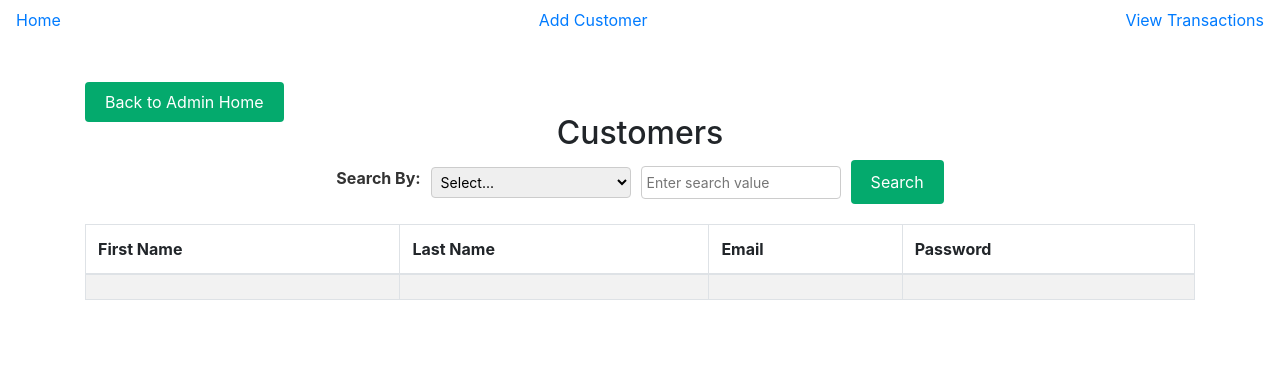
Repository: SuyashAwasthy/Javaee
Page: http://localhost/13-bank-application-mvc/viewCustomers.jsp
These files come from the project's save history. The page is drawn as it stood at one moment and after the next save; the edit follows.
The browser window is 1280 px wide. The pictures show the whole page.
The page is served by Tomcat 9. The template is opened directly, without the code that normally fills it, so the values that code supplies are empty.

Above is the page before, as saved 2024-07-22 10:18:16.

After the next save:
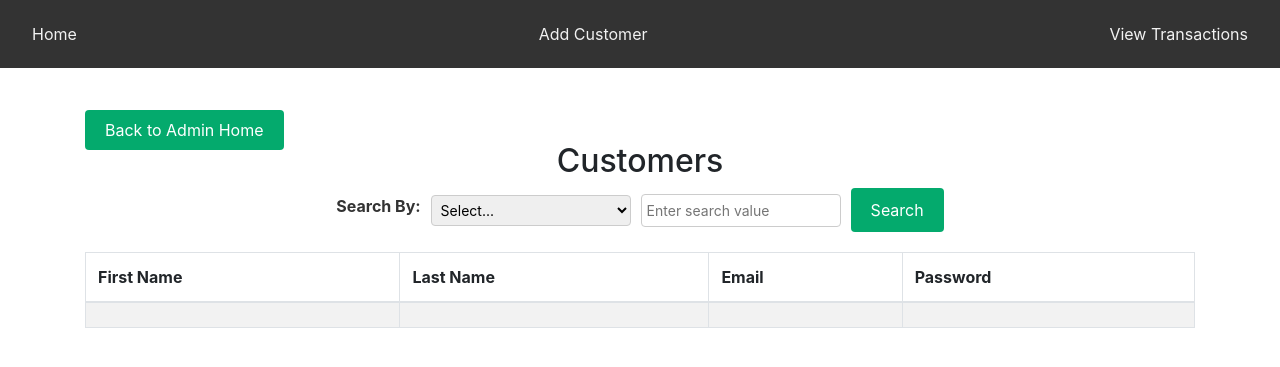
Saved 27 s later.
--- a/13-bank-application-mvc/WebContent/viewCustomers.jsp
+++ b/13-bank-application-mvc/WebContent/viewCustomers.jsp
@@ -5,6 +5,7 @@
 <head>
 <title>View Customers</title>
 <link rel="stylesheet" href="css/styles.css">
+<link rel="stylesheet" href="css/navbar.css">
 <link rel="stylesheet"
 	href="https://maxcdn.bootstrapcdn.com/bootstrap/4.0.0/css/bootstrap.min.css">
 <style>
